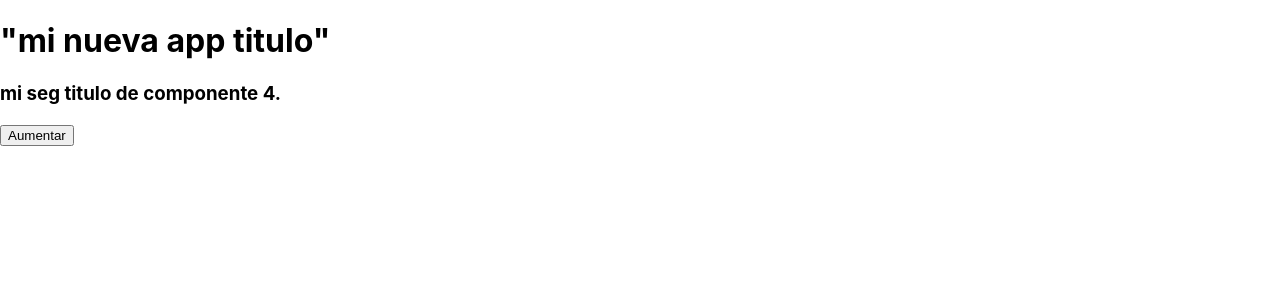
Repository: geraldine-ventura/COMPONETE-prueba
Page: /
An editor plug-in stored every save of this project. The page is shown before and after the next save, followed by the edit.
The browser window is 1280 px wide. The pictures show the whole page.
The project was rebuilt for these pictures with package versions that can differ from the ones it lists, and the page was loaded fresh each time.

Above is the page before, as saved 2022-12-26 20:30:04.

### src/App.js
import React from 'react'
import Contador from './componets/Contador';
import ComponentePreueba from './componets/ComponentePreueba';

function App() {
  return (
    <div >
    <h1>"mi nueva app titulo"</h1>
    <Contador/>
    </div>
  );
}

export default App;

### src/componets/Contador.js
import React, {Fragment, useState} from "react";

   const Contador = () => {

    //nombre de estado, el que lo mod//
   const [numero, setNumero]= useState(4);

    //crear una funcion//
    const aumentar = () => {
    console.log("me diste un click");
    setNumero (numero +1)
   }

    return (
    <Fragment>
        <h3> mi seg titulo de componente {numero}.</h3>
        <button onClick={aumentar}> Aumentar</button>
    </Fragment>
        );
}
export default Contador ;

### src/componets/ComponentePreueba.js
import React from 'react'

const ComponentePreueba = () => {
    return (
        <h2> "mi comp de prueva 3"</h2>
     );
 }

 export default ComponentePreueba;

Loaded but not shown: public/index.html (common file); src/index.js (common file); src/index.css (common file); src/reportWebVitals.js (common file)

After the next save:
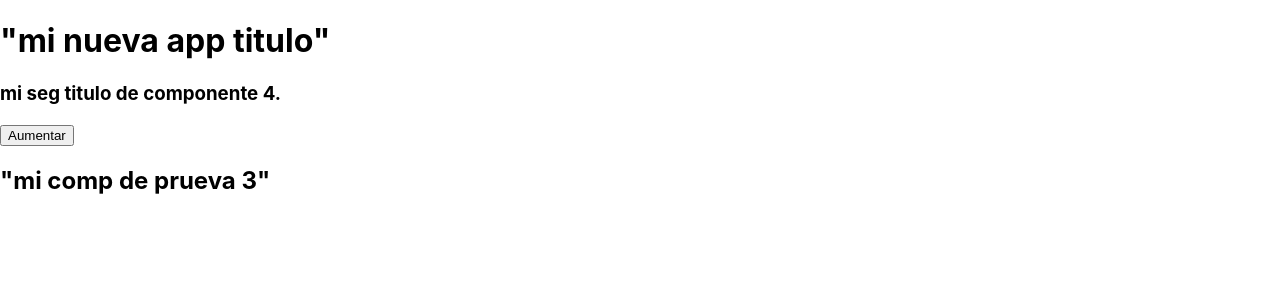
Saved 89 s later.
--- a/src/App.js
+++ b/src/App.js
@@ -7,6 +7,7 @@ function App() {
     <div >
     <h1>"mi nueva app titulo"</h1>
     <Contador/>
+    <ComponentePreueba/>
     </div>
   );
 }
